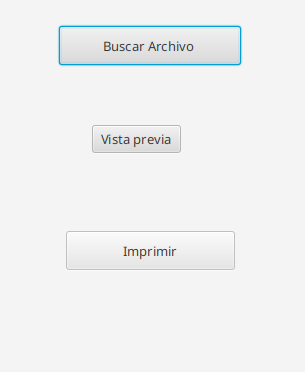
Repository: Johan2809/ImpresoraTest
Program's window: java ws/Impresora/src/application/Aplicacion.java
The author's editor kept a copy of each file at every save. The program's window is drawn from the files as they stood at one save, then again after the next save.
It runs on Java 21 on a 1366 x 768 screen with JavaFX 11; the title bar is not drawn.

Above is the program's window before, as saved 2023-04-17 02:17:43.

### ws/Impresora/src/application/Aplicacion.java
package application;

import controllers.VentanaImpresionController;
import javafx.application.Application;
import javafx.fxml.FXMLLoader;
import javafx.scene.Scene;
import javafx.scene.layout.AnchorPane;
import javafx.stage.Stage;

public class Aplicacion extends Application {

	private Stage primaryStage; // Añadir una variable para almacenar la referencia a la ventana principal

	@Override
	public void start(Stage primaryStage) {
		this.primaryStage = primaryStage; // Asignar la referencia a la ventana principal a la variable

		try {
			FXMLLoader loader = new FXMLLoader();
			loader.setLocation(getClass().getResource("/views/VentanaImpresionView.fxml"));
			AnchorPane anchorPane = (AnchorPane) loader.load();
			VentanaImpresionController ventanaImpresionController = loader.getController();
			ventanaImpresionController.setAplicacion(this);

			Scene scene = new Scene(anchorPane);
			primaryStage.setTitle("Ventana de Impresion");
			primaryStage.setScene(scene);
			primaryStage.show();
		} catch (Exception e) {
			e.printStackTrace();
		}
	}

	public static void main(String[] args) {
		launch(args);
	}

	// Implementar el método getPrimaryStage() para devolver la referencia a la ventana principal
	public Stage getPrimaryStage() {
		return primaryStage;
	}

}

### ws/Impresora/src/controllers/VentanaImpresionController.java
package controllers;

import application.Aplicacion;
import javafx.embed.swing.SwingFXUtils;
import javafx.event.ActionEvent;
import javafx.fxml.FXML;
import javafx.scene.control.Button;
import javafx.stage.FileChooser;
import javafx.scene.control.Label;
import javafx.scene.image.Image;
import javafx.scene.image.ImageView;
import javafx.scene.layout.VBox;

import javax.imageio.ImageIO;
import javax.swing.*;
import java.awt.image.BufferedImage;
import java.io.File;
import java.io.IOException;

public class VentanaImpresionController {

    @FXML
    private Button btnImprimir;

    @FXML
    private Button btnBuscar;

    private Aplicacion aplicacion;

    @FXML
    private Label lblArchivoSeleccionado;

    @FXML
    private ImageView imageView;

    @FXML
    void BuscarArchivo(ActionEvent event) {
        FileChooser fileChooser = new FileChooser();
        File archivoSeleccionado = fileChooser.showOpenDialog(aplicacion.getPrimaryStage());

        if (archivoSeleccionado != null) {
            lblArchivoSeleccionado.setText("Archivo seleccionado: " + archivoSeleccionado.getAbsolutePath());
            Image imagen = new Image(archivoSeleccionado.toURI().toString());
            imageView.setImage(imagen);
            ImageView imageView = new ImageView(imagen);
        }
    }

    @FXML
    void mostrarVistaPrevia(ActionEvent event) {
        String archivoSeleccionado = lblArchivoSeleccionado.getText().replace("Archivo seleccionado: ", "");
        if (!archivoSeleccionado.isEmpty()) {
            File file = new File(archivoSeleccionado);
            if (file.exists()) {
                BufferedImage bufferedImage;
                try {
                    bufferedImage = ImageIO.read(file);
                    Image imagen = SwingFXUtils.toFXImage(bufferedImage, null);
                    imageView.setImage(imagen);
                    imageView.setFitWidth(500);
                    imageView.setFitHeight(500);
                    imageView.setPreserveRatio(true);
                    VBox vbox = new VBox(imageView);
                    javafx.scene.Scene scene = new javafx.scene.Scene(vbox);
                    javafx.stage.Stage stage = new javafx.stage.Stage();
                    stage.setTitle("Vista previa de imagen");
                    stage.setScene(scene);
                    stage.show();
                } catch (IOException e) {
                    e.printStackTrace();
                }
            } else {
                JOptionPane.showMessageDialog(null, "El archivo seleccionado no existe.");
            }
        } else {
            JOptionPane.showMessageDialog(null, "No se ha seleccionado ningún archivo.");
        }
    }

    @FXML
    void ImprimirArchivo(ActionEvent event) {
        String archivoSeleccionado = lblArchivoSeleccionado.getText().replace("Archivo seleccionado: ", "");
        // Implementar la lógica para imprimir el archivo seleccionado
        if (!archivoSeleccionado.isEmpty()) {
            JOptionPane.showMessageDialog(null, "Imprimiendo");
        }
    }

    public void setAplicacion(Aplicacion aplicacion) {
        this.aplicacion = aplicacion;
    }
}

### ws/Impresora/src/views/VentanaImpresionView.fxml
<?xml version="1.0" encoding="UTF-8"?>

<?import javafx.scene.image.*?>
<?import javafx.scene.control.*?>
<?import java.lang.*?>
<?import javafx.scene.layout.*?>
<?import javafx.scene.layout.AnchorPane?>

<AnchorPane prefHeight="372.0" prefWidth="300.0" xmlns="http://javafx.com/javafx/8" xmlns:fx="http://javafx.com/fxml/1" fx:controller="controllers.VentanaImpresionController">
   <children>
      <Button fx:id="btnBuscar" layoutX="59.0" layoutY="26.0" mnemonicParsing="false" onAction="#BuscarArchivo" prefHeight="39.0" prefWidth="182.0" text="Buscar Archivo " />
      <Button fx:id="btnImprimir" layoutX="66.0" layoutY="231.0" mnemonicParsing="false" onAction="#ImprimirArchivo" prefHeight="39.0" prefWidth="169.0" text="Imprimir" />
      <Label fx:id="lblArchivoSeleccionado" layoutX="12.0" layoutY="65.0" prefHeight="48.0" prefWidth="293.0" />
      <Button fx:id="btnVistaPrevia" layoutX="92.0" layoutY="125.0" onAction="#mostrarVistaPrevia" text="Vista previa" />

   </children>
</AnchorPane>

After the next save:
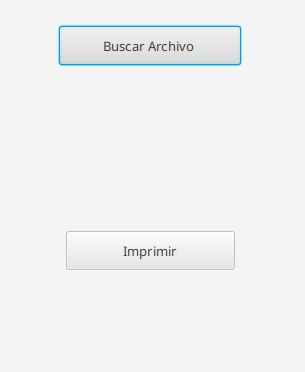
Saved 3 min 40 s later.
--- a/ws/Impresora/src/views/VentanaImpresionView.fxml
+++ b/ws/Impresora/src/views/VentanaImpresionView.fxml
@@ -11,7 +11,5 @@
       <Button fx:id="btnBuscar" layoutX="59.0" layoutY="26.0" mnemonicParsing="false" onAction="#BuscarArchivo" prefHeight="39.0" prefWidth="182.0" text="Buscar Archivo " />
       <Button fx:id="btnImprimir" layoutX="66.0" layoutY="231.0" mnemonicParsing="false" onAction="#ImprimirArchivo" prefHeight="39.0" prefWidth="169.0" text="Imprimir" />
       <Label fx:id="lblArchivoSeleccionado" layoutX="12.0" layoutY="65.0" prefHeight="48.0" prefWidth="293.0" />
-      <Button fx:id="btnVistaPrevia" layoutX="92.0" layoutY="125.0" onAction="#mostrarVistaPrevia" text="Vista previa" />
-
    </children>
 </AnchorPane>
